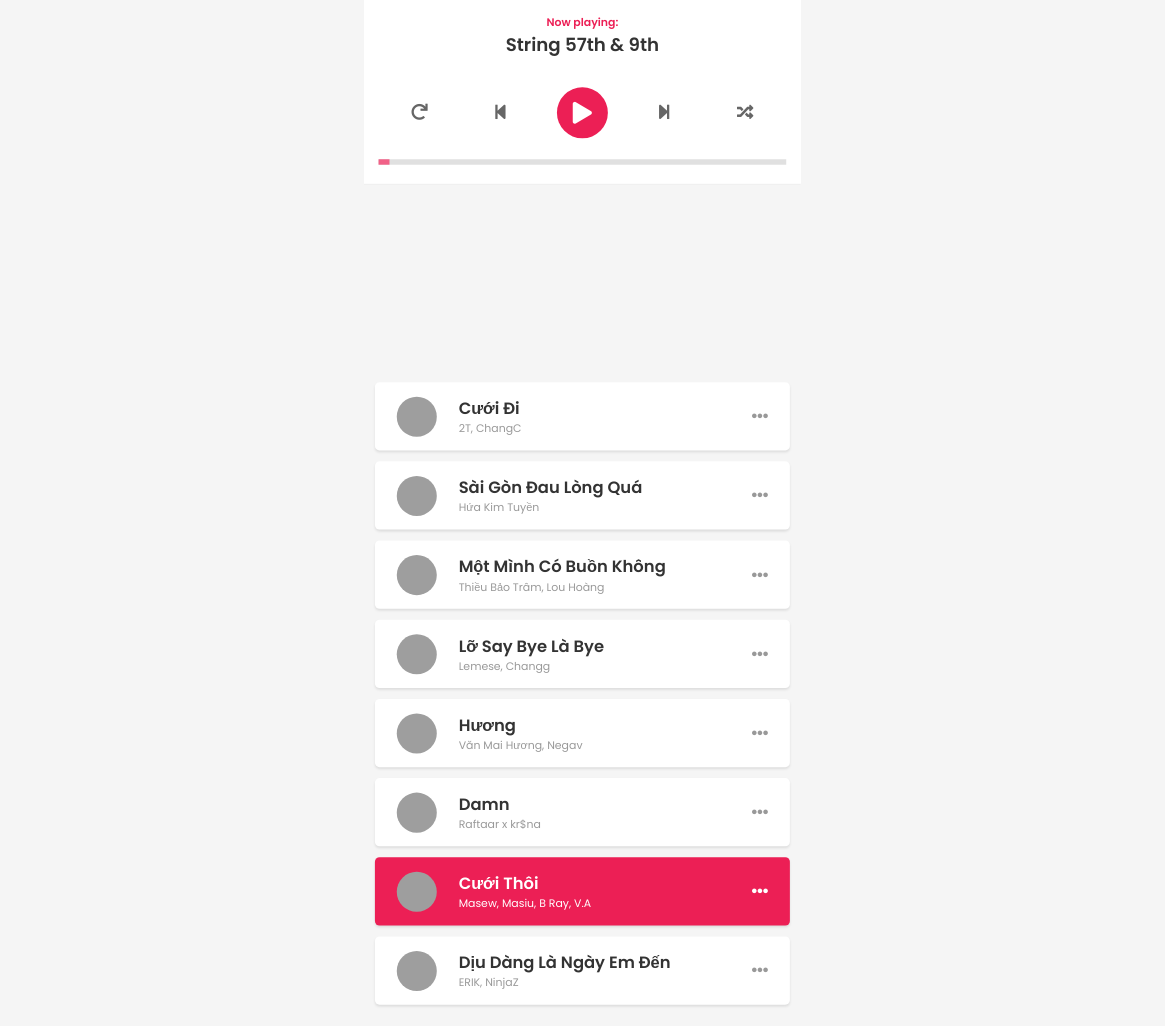
Repository: esplen74/Music
Page: music.html
The author's editor kept a copy of each file at every save. The page is drawn from the files as they stood at one save, then again after a run of saves.
The browser window is 1280 px wide. The pictures show the whole page, at 91% of full size.
Pictures or frames that could not be fetched are drawn as grey boxes.

Above is the page before, as saved 2021-11-06 09:57:02.

After the next 2 saves:
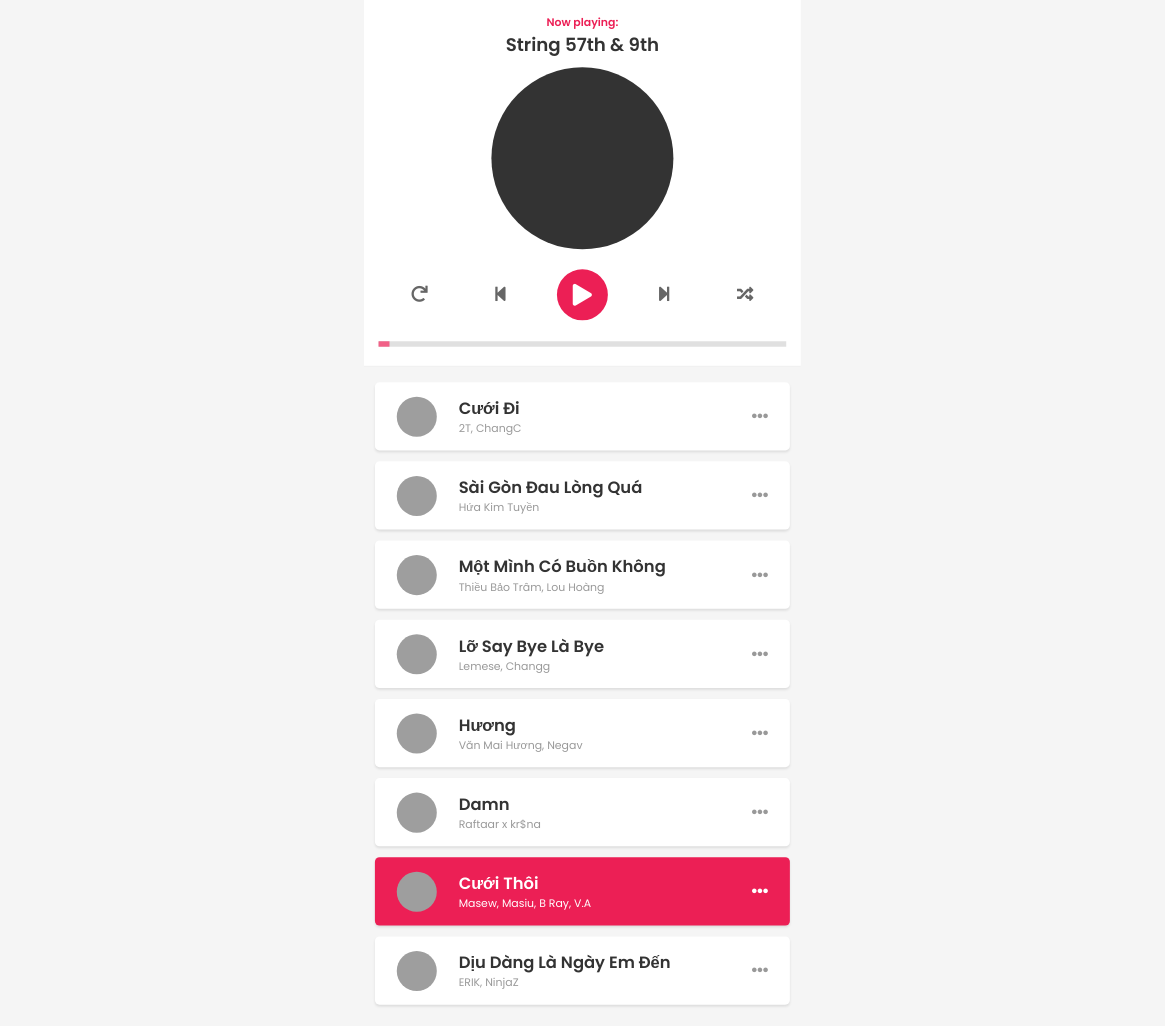
Console error: ReferenceError: newCdWidth is not defined
The 2 saves are shown as one change because they came seconds apart.
The last was saved 34 s later.
--- a/music.js
+++ b/music.js
@@ -109,9 +109,9 @@ const app = {
     //xử lí phóng to thu nhỏ CD
     window.onscroll = function() {
       const scrollTop = window.scrollY || document.documentElement.scrollTop;
-      const cdWidth = cd.offsetWidth;
-      const newCdWidth = cdWidth - scrollTop;
-      cd.style.width = newCdWidth > 0 ? newCdWidth + "px" : 0;
+      //       const newCdWidth = cdWidth - scrollTop;
+
+            cd.style.width = newCdWidth > 0 ? newCdWidth + "px" : 0;
     }
   },
   start: function () {
